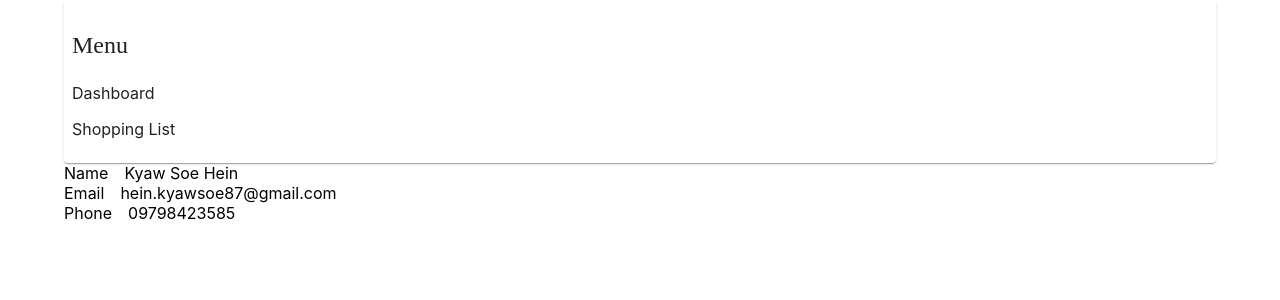
Repository: KyawSoeHein/GoogleAuthReact
Page: /
These files come from the project's save history. The page is drawn as it stood at one moment and after the next save; the edit follows.
The browser window is 1280 px wide. The pictures show the whole page.
The project was rebuilt for these pictures with package versions that can differ from the ones it lists, and the page was loaded fresh each time.

Above is the page before, as saved 2022-02-14 18:49:07.

After the next save:
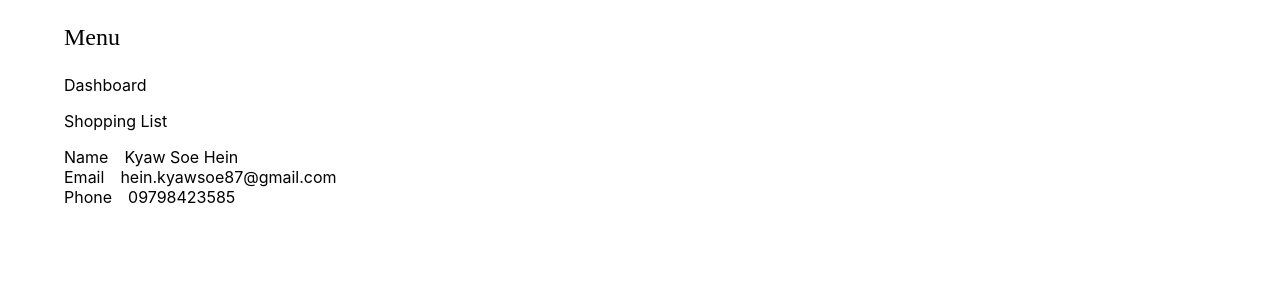
Saved 13 min 49 s later.
--- a/src/Components/MenuSelection.tsx
+++ b/src/Components/MenuSelection.tsx
@@ -4,12 +4,12 @@ import "../App.css";
 
 const MenuSelection = () => {
   return (
-    <Paper style={{ padding: 8 }}>
+    <div>
       <p className="menuSelectionTitle">Menu</p>
 
       <p>Dashboard</p>
       <p>Shopping List</p>
-    </Paper>
+    </div>
   );
 };
 
